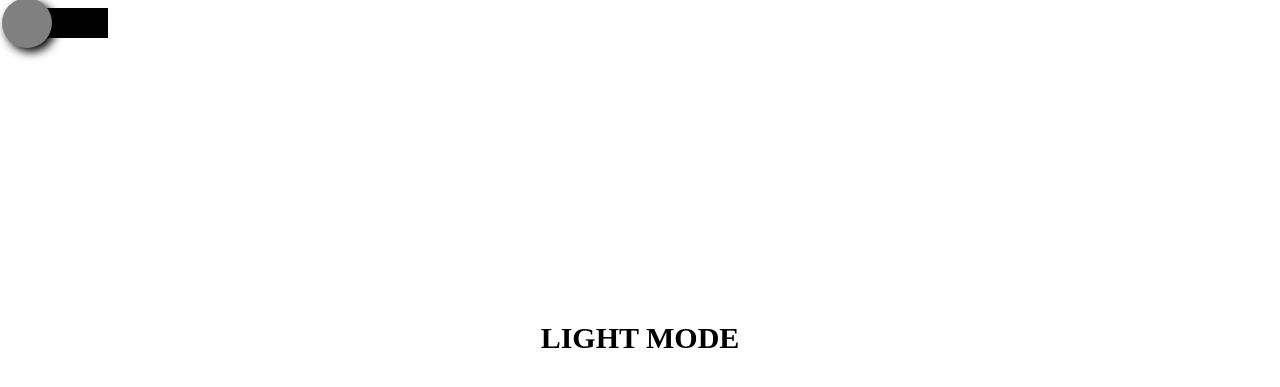
Repository: Eugene44-hub/darkmode-lightmode
Page: index.html
An editor plug-in stored every save of this project. The page is shown before and after a run of saves, followed by the edit.
The browser window is 1280 px wide. The pictures show the whole page.
After loading, the first visible `div.circle` was clicked once.

Above is the page before, as saved 2021-09-13 01:53:11.

After the next 2 saves:
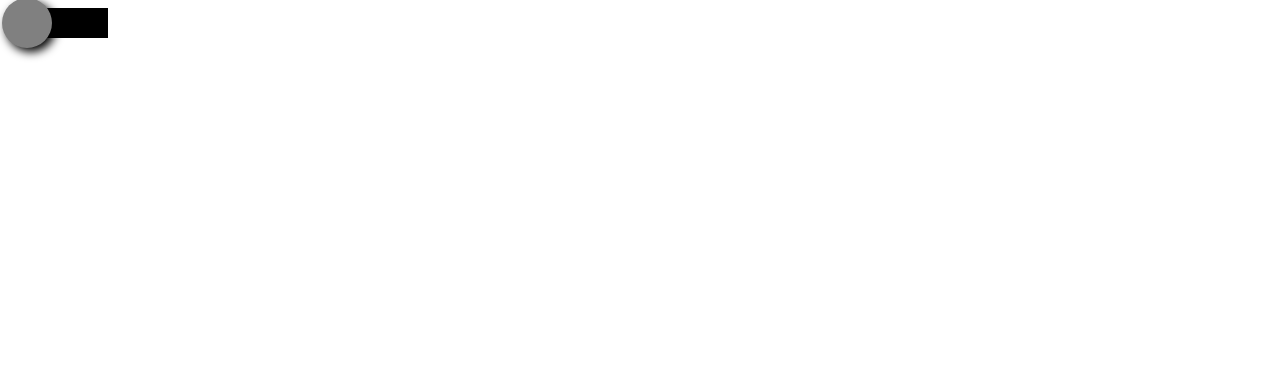
The 2 saves are shown as one change because they came seconds apart.
The last was saved 7 s later.
--- a/app.js
+++ b/app.js
@@ -13,7 +13,7 @@ circle.addEventListener('click', e => {
         circle.style.left = '-6px'
         document.body.style.backgroundColor = 'white';
         text.style.color = 'black';
-
+        text.textContent = ''
         box.style.backgroundColor = 'black';
     }
 })
